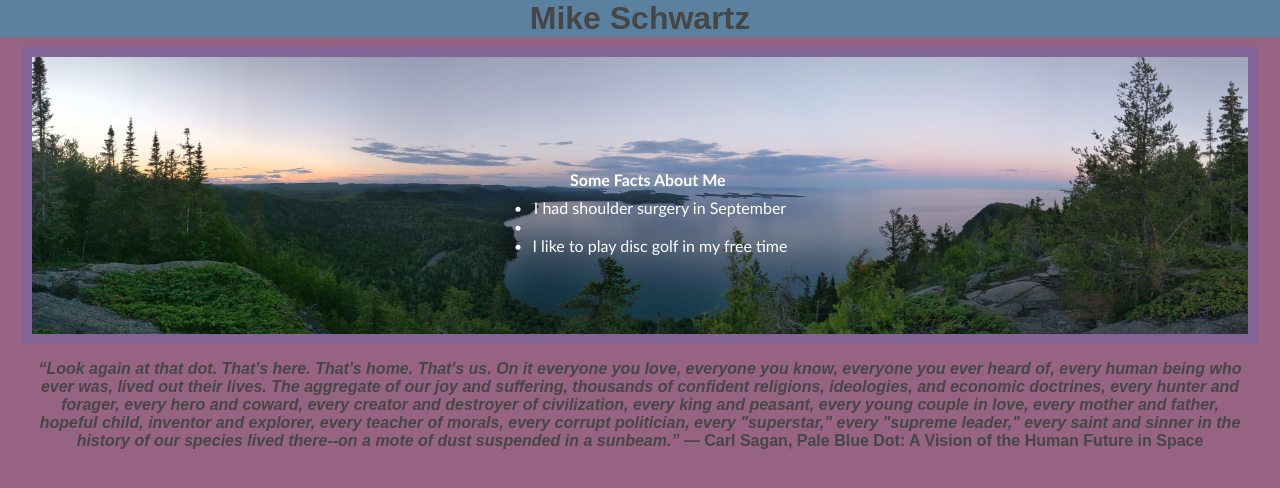
Repository: Ellusionism/prime-pw-week-1-assignment
Page: assignment/index.html
An editor plug-in stored every save of this project. The page is shown before and after the next save, followed by the edit.
The browser window is 1280 px wide. The pictures show the whole page.

Above is the page before, as saved 2022-10-26 16:26:44.

After the next save:
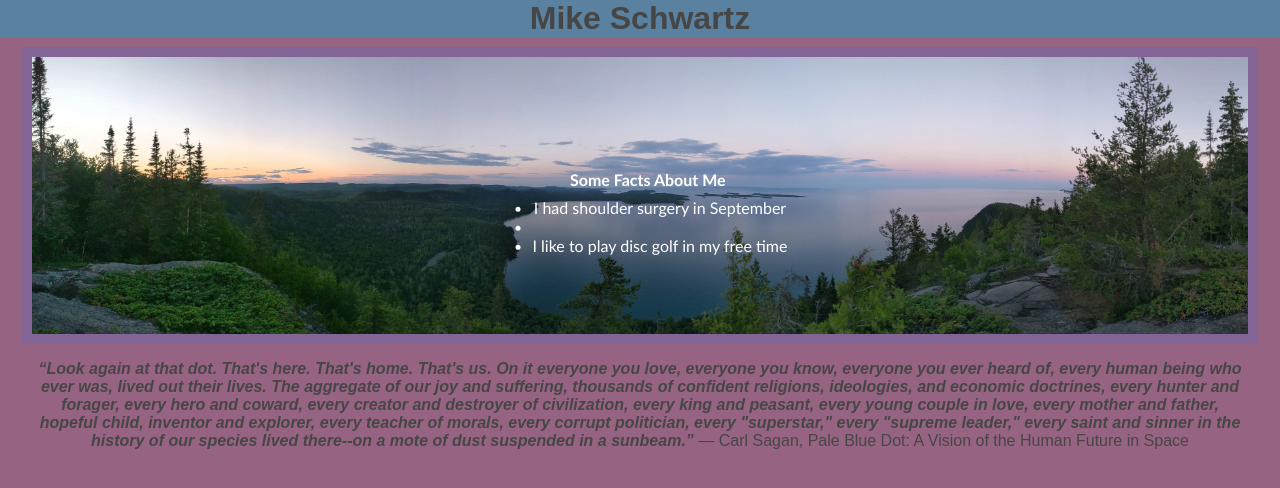
Saved 40 s later.
--- a/assignment/style.css
+++ b/assignment/style.css
@@ -26,7 +26,7 @@
 
 .attr {
  font-style: normal;
- font-weight: bold;
+ font-weight: normal;
 }
 /* Put a border around your image */
 .img {

After the save that followed:
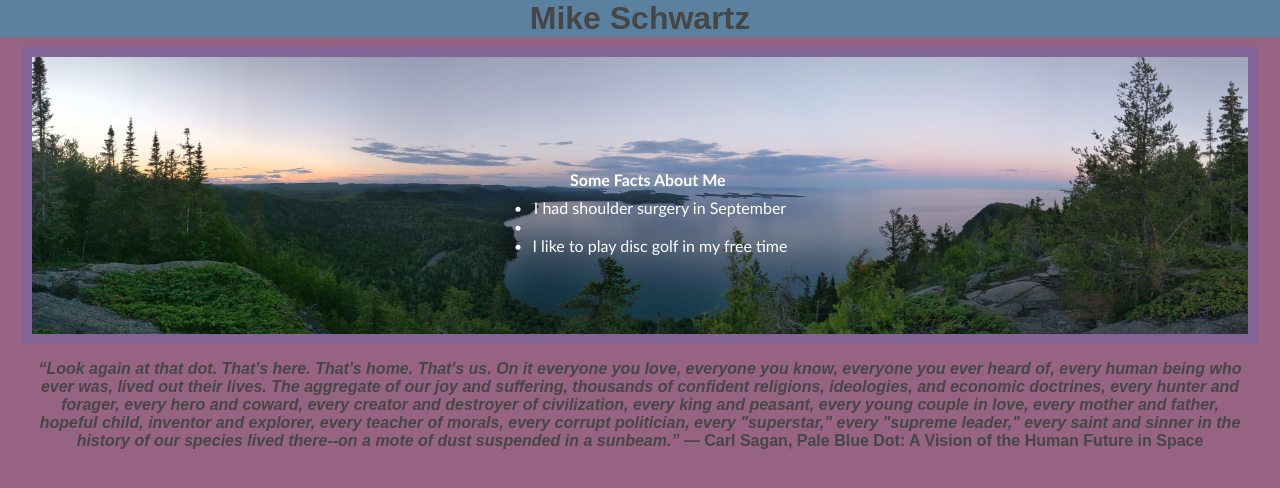
Saved 13 s later.
--- a/assignment/style.css
+++ b/assignment/style.css
@@ -26,7 +26,7 @@
 
 .attr {
  font-style: normal;
- font-weight: normal;
+ font-weight: bold;
 }
 /* Put a border around your image */
 .img {
